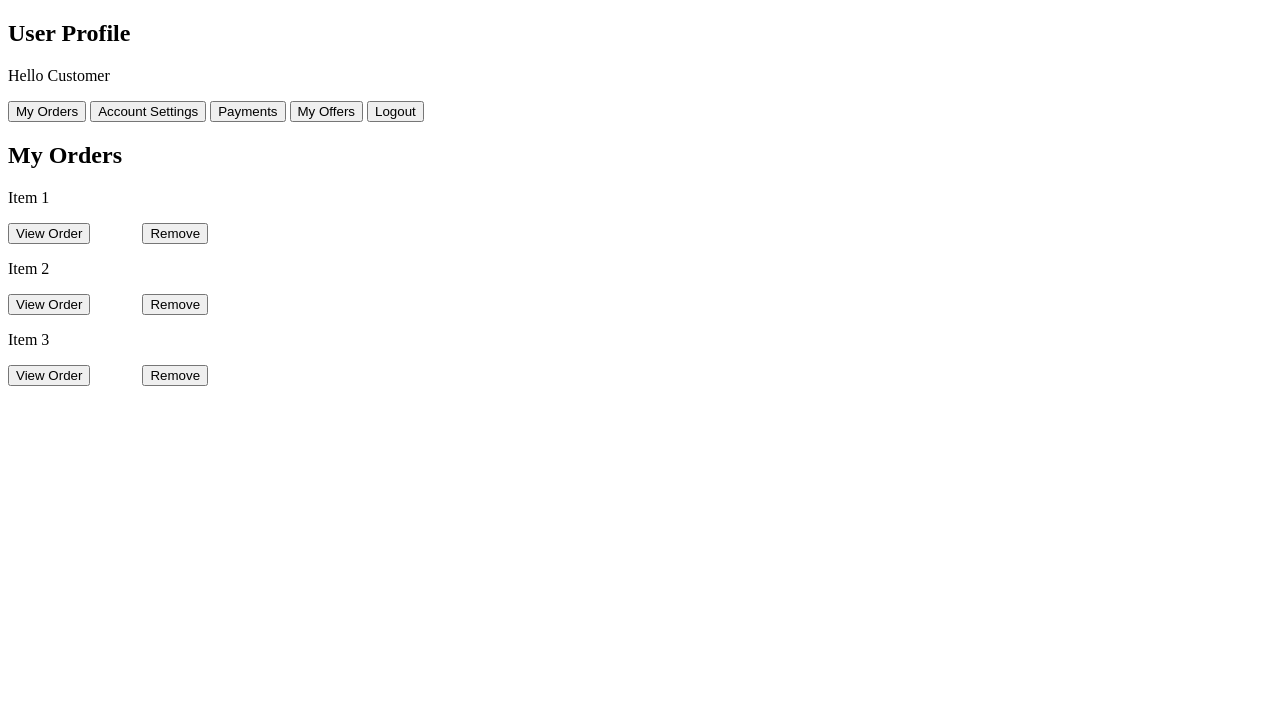
Repository: mihirhpanchal/Java-OnlineShopping
Page: http://localhost/Shop/WEB-INF/userhome.jsp
An editor plug-in stored every save of this project. The page is shown before and after the next save, followed by the edit.
The browser window is 1280 px wide. The pictures show the whole page.
The page is served by Tomcat 9. Nobody is signed in. The template is opened directly, without the code that normally fills it, so the values that code supplies are empty.

Above is the page before, as saved 2019-11-19 11:52:47.
Console error: ReferenceError: evt is not defined

After the next save:
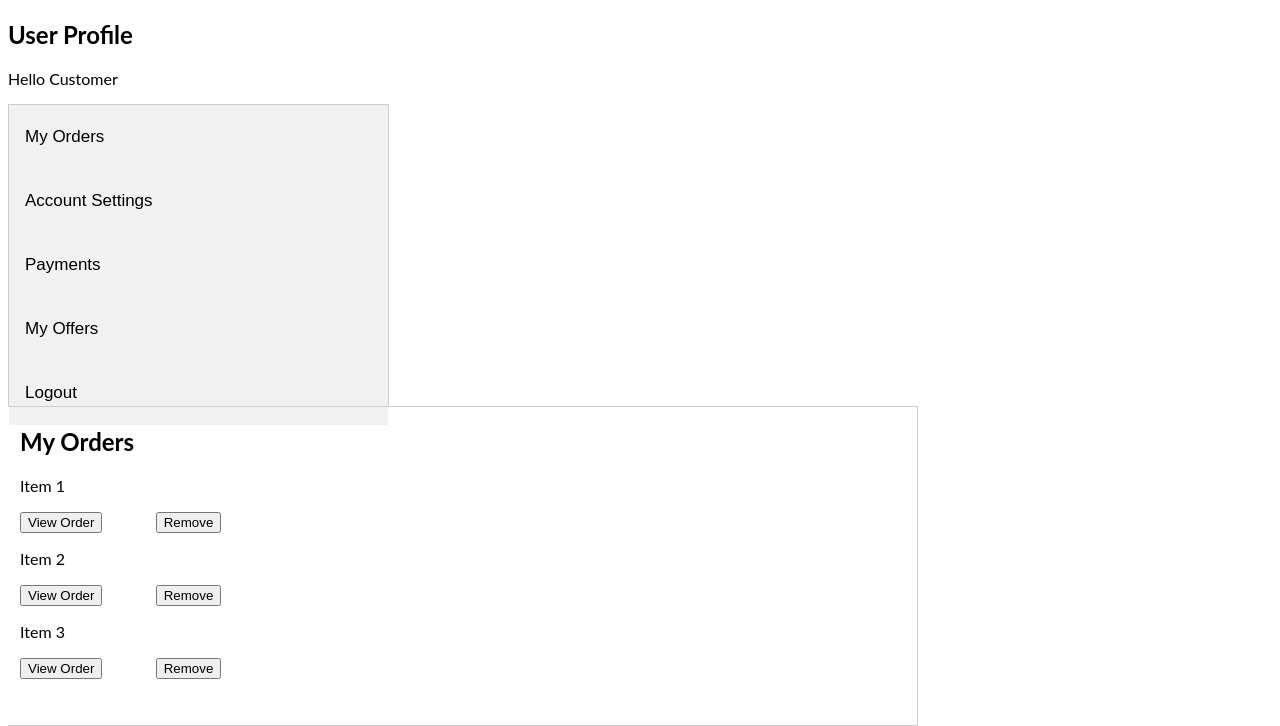
Saved 24 s later.
--- a/Shop/src/main/webapp/WEB-INF/userhome.jsp
+++ b/Shop/src/main/webapp/WEB-INF/userhome.jsp
@@ -5,6 +5,7 @@
 <head>
 <meta http-equiv="Content-Type" content="text/html; charset=ISO-8859-1">
 <title>Insert title here</title>
+<link rel = "stylesheet" type = "text/css" href = "main.css"/>
 </head>
 <body>
 
